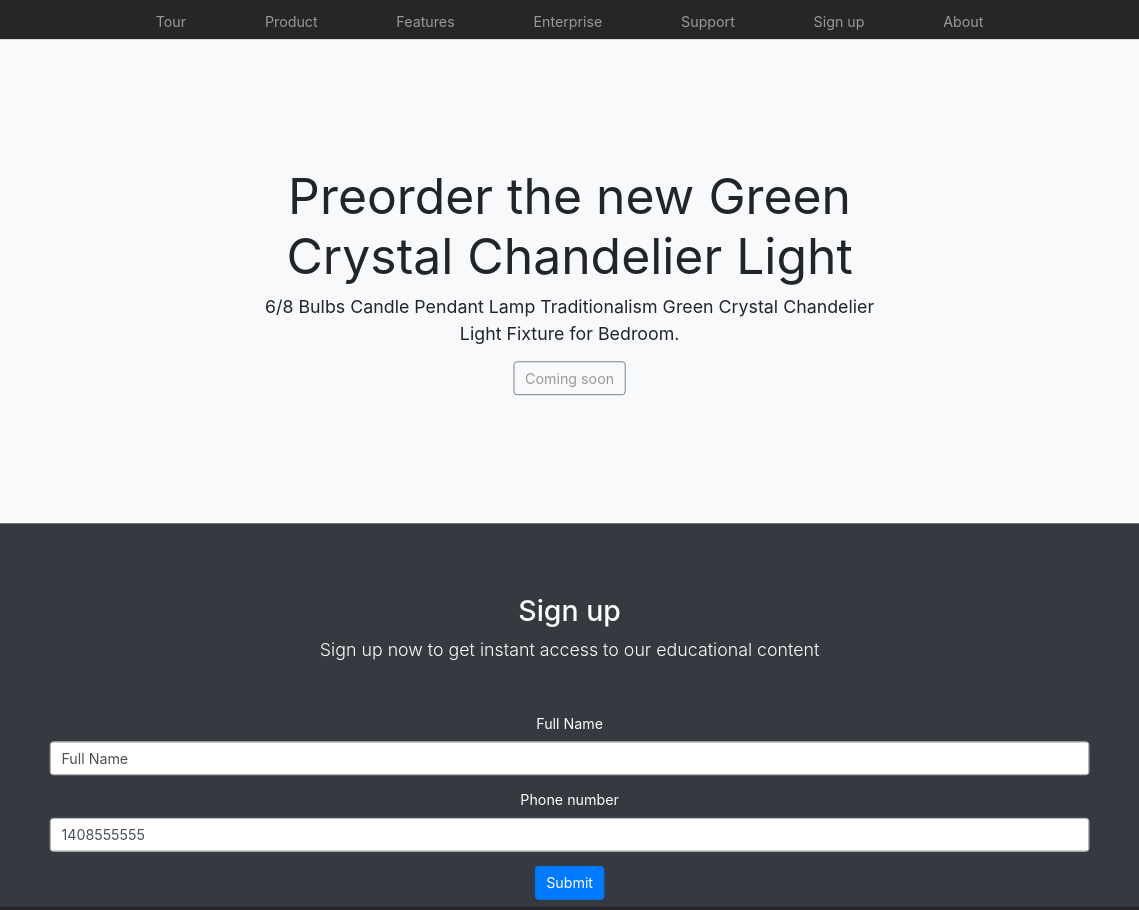
Repository: ArletteUgalde/ArletteUgalde-Website
Page: lab1/LearnCS8-Twilio/index.html
The author's editor kept a record of every edit. The page is drawn from the files as they stood at one moment, then again after the next edit.
The browser window is 1280 px wide. The pictures show the whole page, at 89% of full size.

Above is the page before.

### lab1/LearnCS8-Twilio/index.html
<!doctype html>
<html lang="en">
  <head>
    <!-- Required meta tags -->
    <meta charset="utf-8">
    <meta name="viewport" content="width=device-width, initial-scale=1, shrink-to-fit=no">
    <meta name="description" content="HERE IS My Unique Description">
    <meta name="author" content="augal004">

    <!-- Bootstrap CSS -->
    <link rel="stylesheet" href="https://stackpath.bootstrapcdn.com/bootstrap/4.5.2/css/bootstrap.min.css" integrity="sha384-JcKb8q3iqJ61gNV9KGb8thSsNjpSL0n8PARn9HuZOnIxN0hoP+VmmDGMN5t9UJ0Z" crossorigin="anonymous">

    <!-- Title of your Website -->
    <title>FLOWER LAMP</title>
    <link href="product.css" rel="stylesheet">
  </head>
  <body>
    <nav class="site-header sticky-top py-1">
    <!-- Top Menu Bar -->
    <div class="container d-flex flex-column flex-md-row justify-content-between">
        <a class="py-2 d-none d-md-inline-block" id="menu-item-1" href="https://www.lumuloxdecor.com/" target="_blank" >Tour</a>
        <a class="py-2 d-none d-md-inline-block" id="menu-item-2" href="https://www.lumuloxdecor.com/products/6-8-bulbs-candle-pendant-lamp-traditionalism-green-crystal-chandelier-light-fixture-for-bedroom?variant=43786362945760&pp=1" target="_blank" >Product</a>
        <a class="py-2 d-none d-md-inline-block" id="menu-item-3" href="https://google.com" target="_blank" >Features</a>
        <a class="py-2 d-none d-md-inline-block" id="menu-item-4" href="https://pinterest.com" target="_blank" >Enterprise</a>
        <a class="py-2 d-none d-md-inline-block" id="menu-item-5" href="https://youtube.com" target="_blank" >Support</a>
        <a class="py-2 d-none d-md-inline-block" id="menu-item-6" href="https://spotify.com" target="_blank" >Sign up</a>
        <a class="py-2 d-none d-md-inline-block" id="menu-item-7" href="https://www.lumuloxdecor.com/pages/about" target="_blank" >About</a>
    </div>
    <!-- Main Header Section h1-->
<div class="position-relative overflow-hidden p-3 p-md-5 m-md-0 text-center bg-light">
    <div class="col-md-8 p-lg-5 mx-auto my-5">
        <h1 class="display-4 font-weight-normal">Preorder the new Green Crystal Chandelier Light</h1>
        <p class="lead font-weight-normal">6/8 Bulbs Candle Pendant Lamp Traditionalism Green Crystal Chandelier Light Fixture for Bedroom.</p>
        <a class="btn btn-outline-secondary" href="https://youtu.be/1TklJDMjEaQ" target="_blank" >Coming soon</a>
    </div>
</div>
<!-- Left Tile -->
<div class="d-md-flex flex-md-equal w-100">
    <div class="bg-dark pt-3 px-3 pt-md-5 px-md-5 text-center text-white overflow-hidden">
        <div class="my-3 py-3">
            <h2 class="display-5">Sign up</h2>
            <p class="lead">Sign up now to get instant access to our educational content</p>
        </div>
        <!-- Web form when submitted will send a text message -->
        <form class="p-2" onsubmit="sendTextMessage(); return false;">
            <!-- Full Name Form Field -->
            <div class="form-group">
                <label for="example-first-name">Full Name</label>
                <input type="text" value="Full Name" class="form-control" id="example-first-name" aria-describedby="emailHelp">
            </div>
            <!-- Phone Number Form Field -->
            <div class="form-group">
                <label for="example-tel-input">Phone number</label>
                <input type="tel" class="form-control" value="1408555555" id="example-tel-input">
            </div>
            <!-- JavaScript that handles onSubmit logic -->
            <!-- Configure the XHR request below with your own credentials -->
            <script>
            function sendTextMessage() {
                console.log("Hello world!");
                var xhr = new XMLHttpRequest();
                var accountSID = "AC53c9c841d3df45588963de59673e8129";
                var authToken = "4c43609a9500da397419a127061b9d50";
                var base64encoded = accountSID + ":" + authToken;
                var params = "To=" + document.getElementById('example-tel-input').value + "&From=" + "18882985165" + "&Body=" + "Hello " + document.getElementById('example-first-name').value + " thank you for taking interest in our green crystal lamp."
                xhr.open("POST", "https://api.twilio.com/2010-04-01/Accounts/" + accountSID + "/Messages.json", true);
                xhr.setRequestHeader('Content-Type', 'application/x-www-form-urlencoded');
                xhr.setRequestHeader('Authorization', 'Basic ' + btoa(base64encoded));
                xhr.send(params);
            }
            </script>
            <!-- Submit button that will execute the sendTextMessage function -->
            <button type="submit" class="btn btn-primary">Submit</button>
        </form>
    </div>
</nav>
  </body>
</html>

### lab1/LearnCS8-Twilio/product.css
.container {
  max-width: 960px;
}

/*
 * Custom translucent site header
 */

.site-header {
  background-color: rgba(0, 0, 0, .85);
  -webkit-backdrop-filter: saturate(180%) blur(20px);
  backdrop-filter: saturate(180%) blur(20px);
}
.site-header a {
  color: #999;
  transition: ease-in-out color .15s;
}
.site-header a:hover {
  color: #fff;
  text-decoration: none;
}

/*
 * Dummy devices (replace them with your own or something else entirely!)
 */

.product-device {
  position: absolute;
  right: 10%;
  bottom: -30%;
  width: 300px;
  height: 540px;
  background-color: #333;
  border-radius: 21px;
  -webkit-transform: rotate(30deg);
  transform: rotate(30deg);
}

.product-device::before {
  position: absolute;
  top: 10%;
  right: 10px;
  bottom: 10%;
  left: 10px;
  content: "";
  background-color: rgba(255, 255, 255, .1);
  border-radius: 5px;
}

.product-device-2 {
  top: -25%;
  right: auto;
  bottom: 0;
  left: 5%;
  background-color: #e5e5e5;
}


/*
 * Extra utilities
 */

.flex-equal > * {
  -ms-flex: 1;
  flex: 1;
}
@media (min-width: 768px) {
  .flex-md-equal > * {
    -ms-flex: 1;
    flex: 1;
  }
}

.overflow-hidden { overflow: hidden; }

After the next edit:
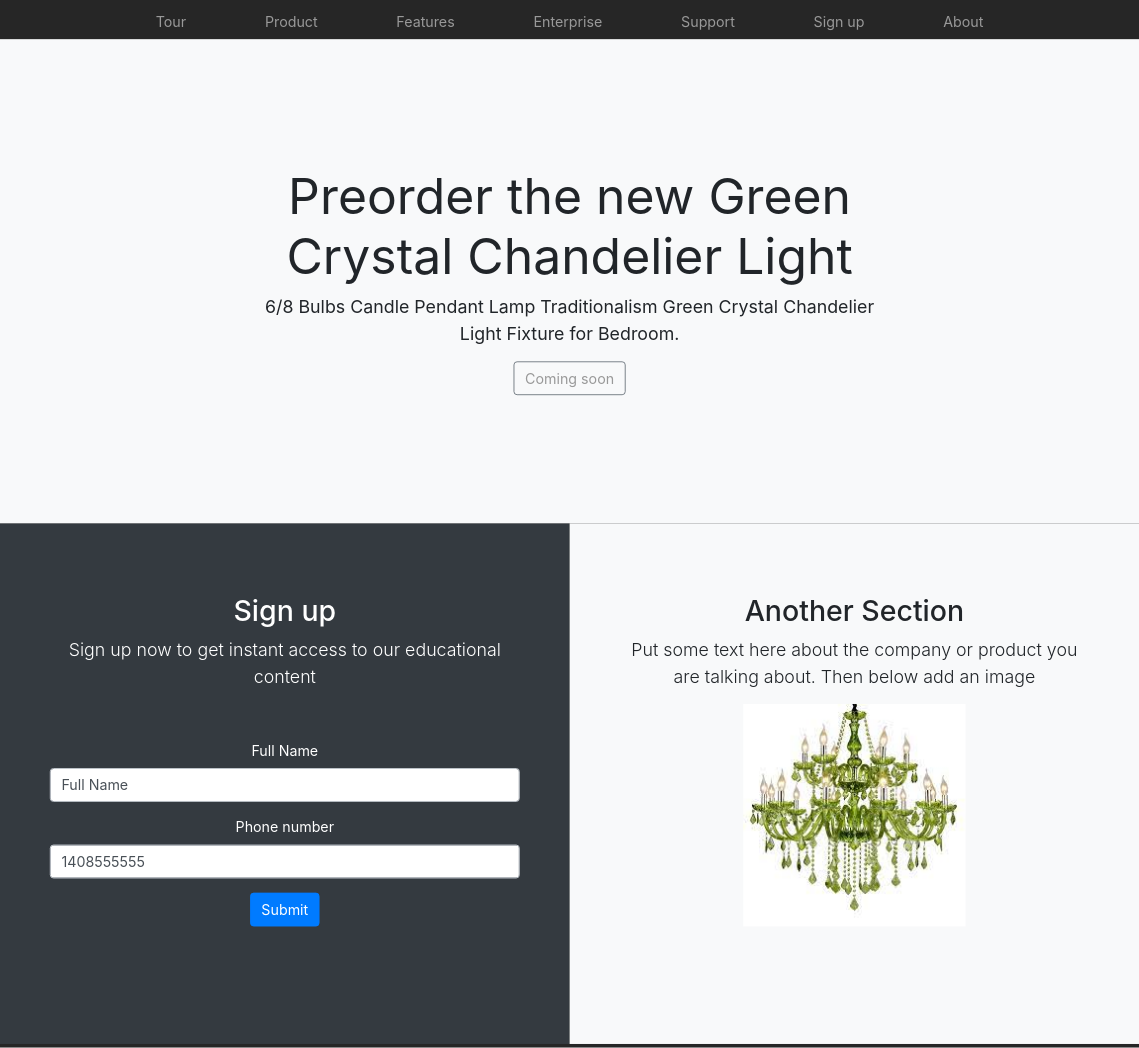
The edit:
--- a/lab1/LearnCS8-Twilio/index.html
+++ b/lab1/LearnCS8-Twilio/index.html
@@ -73,6 +73,16 @@
             <button type="submit" class="btn btn-primary">Submit</button>
         </form>
     </div>
+    <!-- Right Tile -->
+    <div class="bg-light pt-3 px-3 pt-md-5 px-md-5 text-center overflow-hidden">
+        <div class="my-3 p-3">
+            <h2 class="display-5">Another Section</h2>
+            <p class="lead">Put some text here about the company or product you are talking about. Then below add an image</p>
+            <img class="mx-auto" src="green crystal chandelier.jpeg" height="250px">
+        </div>
+        <div class="mx-auto" style="width: 80%; height: 100px; border-radius: 21px 21px 0 0;"></div>
+    </div>
+</div>
 </nav>
   </body>
 </html>
